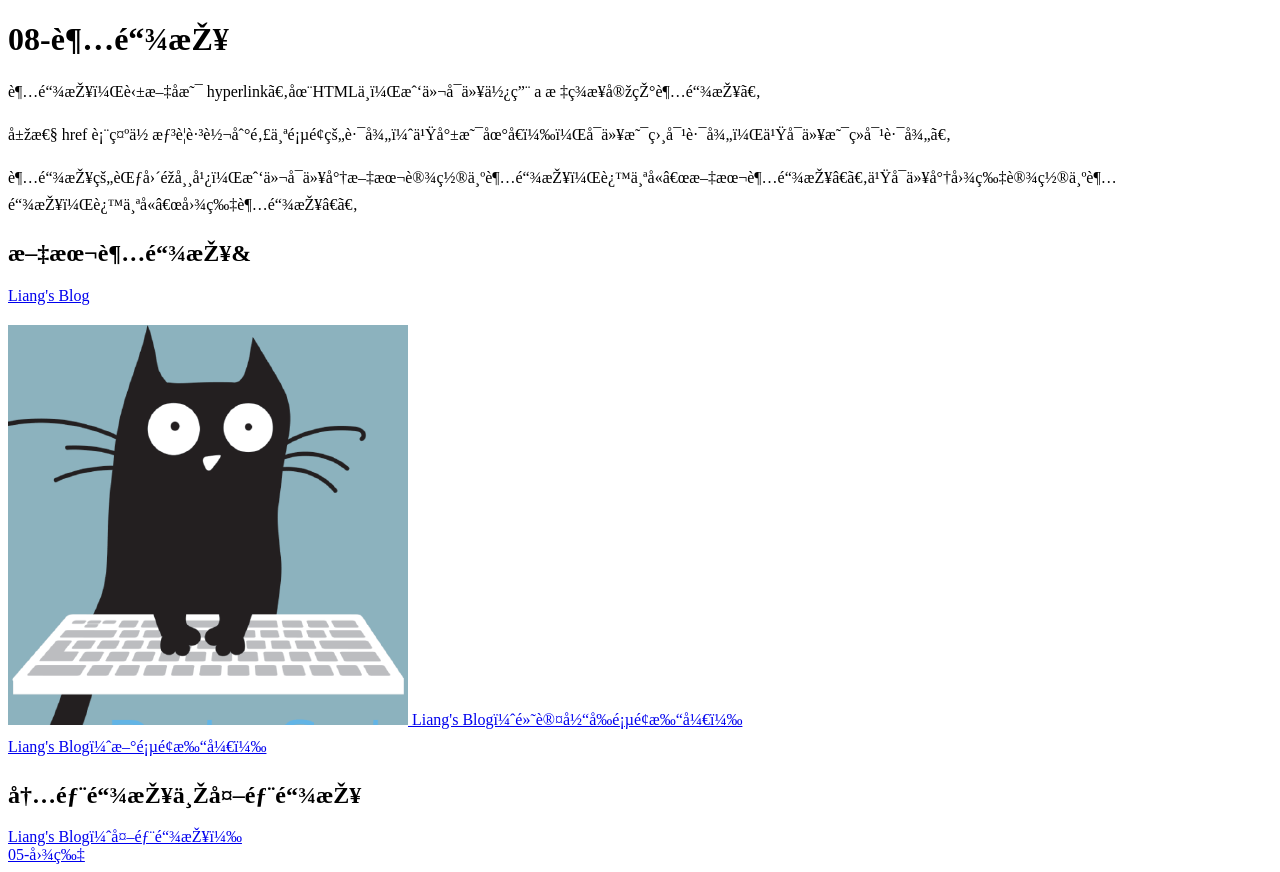
Repository: liang-n/front-end-basics
Page: 08-超链接.html
These files come from the project's save history. The page is drawn as it stood at one moment and after a run of saves; the edit follows.
The browser window is 1280 px wide. The pictures show the whole page.

Above is the page before, as saved 2022-05-15 13:33:12.

### 08-超链接.html
<!DOCTYPE html>
<html>

<head>
    <meta charset="uft-8" />
    <title>08-超链接</title>
</head>

<body>
    <h1>08-超链接</h1>
    <p>超链接，英文名是 hyperlink。在HTML中，我们可以使用 a 标签来实现超链接。</p>
    <p>属性 href 表示你想要跳转到那个页面的路径（也就是地址），可以是相对路径，也可以是绝对路径。</p>
    <p>超链接的范围非常广，我们可以将文本设置为超链接，这个叫“文本超链接”。也可以将图片设置为超链接，这个叫“图片超链接”。</p>
    <h2>文本超链接&</h2>
    <a href="https://liang-n.github.io/">Liang's Blog</a>
    <h2></h2>
    <a href="https://liang-n.github.io/">
        <img src="img/image.png" alt="Liang's Blog">
    </a>
    <a href="https://liang-n.github.io/">Liang's Blog（默认当前页面打开）</a>
    <br>
    <a href="https://liang-n.github.io/" target="_blank">Liang's Blog（新页面打开）</a>
    <h2>内部链接与外部链接</h2>
    <a href="https://liang-n.github.io/" target="_blank">Liang's Blog（外部链接）</a>
    <br>
    <a href="05-图片.html">05-图片</a>
</body>

</html>

After the next 2 saves:
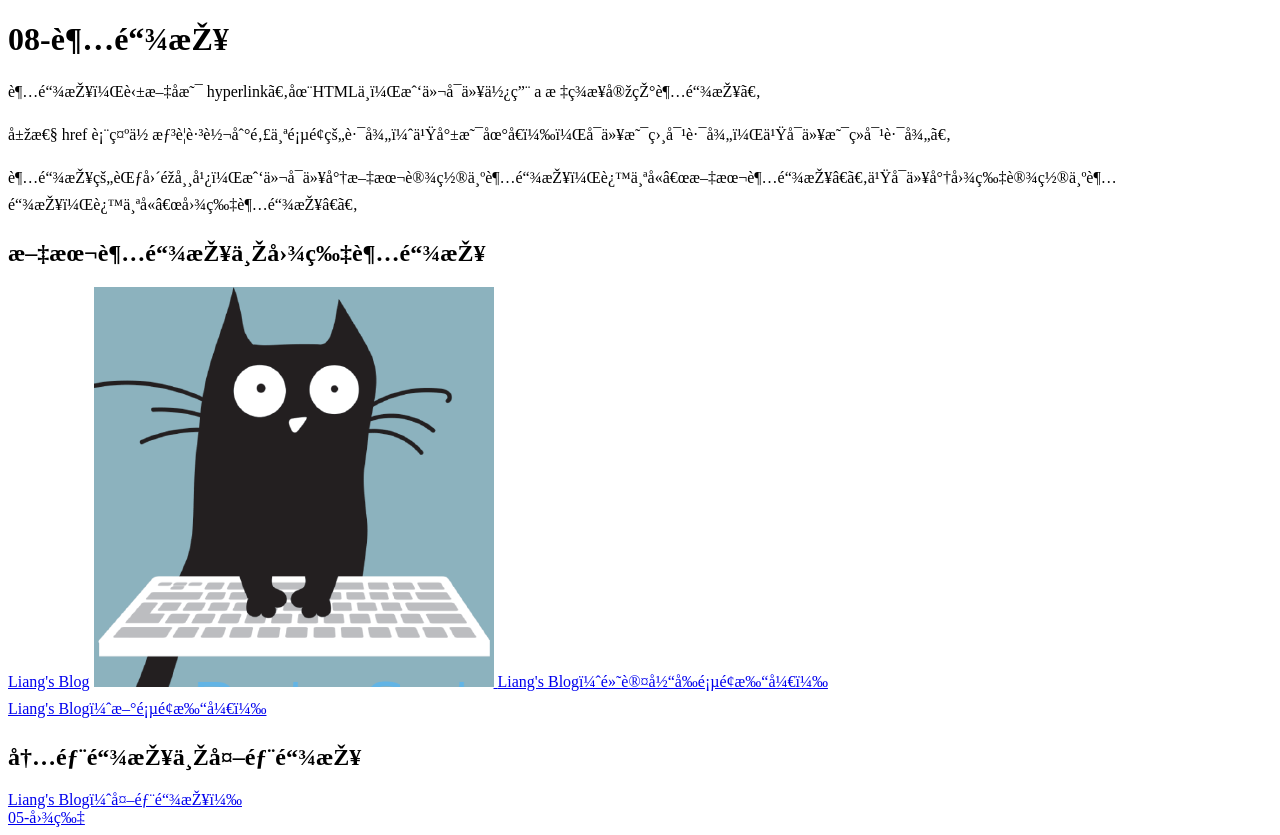
The 2 saves are shown as one change because they came seconds apart.
The last was saved 6 s later.
--- a/08-超链接.html
+++ b/08-超链接.html
@@ -11,9 +11,8 @@
     <p>超链接，英文名是 hyperlink。在HTML中，我们可以使用 a 标签来实现超链接。</p>
     <p>属性 href 表示你想要跳转到那个页面的路径（也就是地址），可以是相对路径，也可以是绝对路径。</p>
     <p>超链接的范围非常广，我们可以将文本设置为超链接，这个叫“文本超链接”。也可以将图片设置为超链接，这个叫“图片超链接”。</p>
-    <h2>文本超链接&</h2>
+    <h2>文本超链接与图片超链接</h2>
     <a href="https://liang-n.github.io/">Liang's Blog</a>
-    <h2></h2>
     <a href="https://liang-n.github.io/">
         <img src="img/image.png" alt="Liang's Blog">
     </a>
